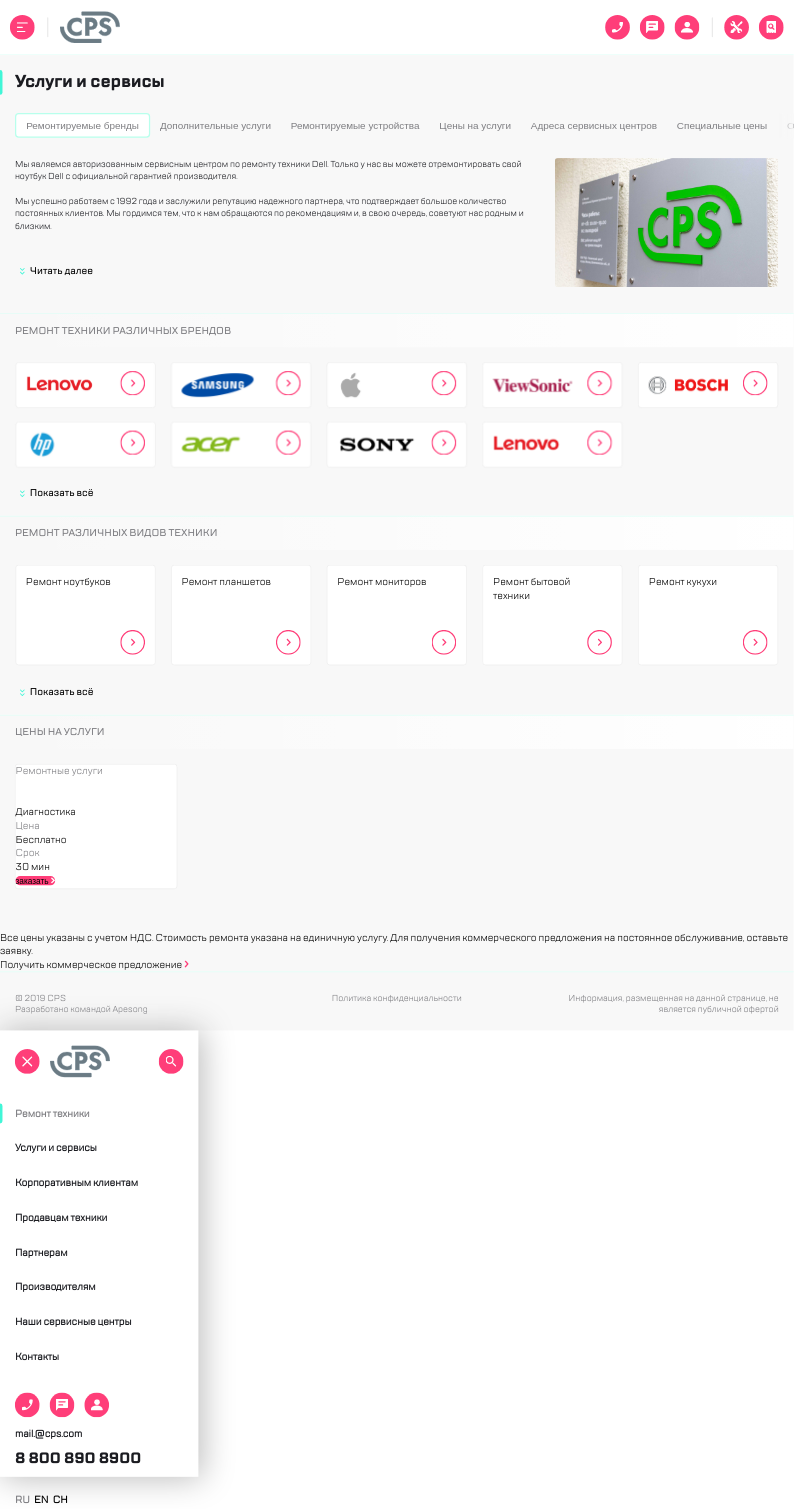
Repository: Dedoxa/WebCoreF
Page: /
These files come from the project's save history. The page is drawn as it stood at one moment and after the next save; the edit follows.
The browser window is 1280 px wide. The pictures show the whole page, at 62% of full size.
The project was rebuilt for these pictures with package versions that can differ from the ones it lists, and the page was loaded fresh each time. Also part of the build but not shown: webpack.config.js.

Above is the page before, as saved 2024-06-15 19:29:49.

After the next save:
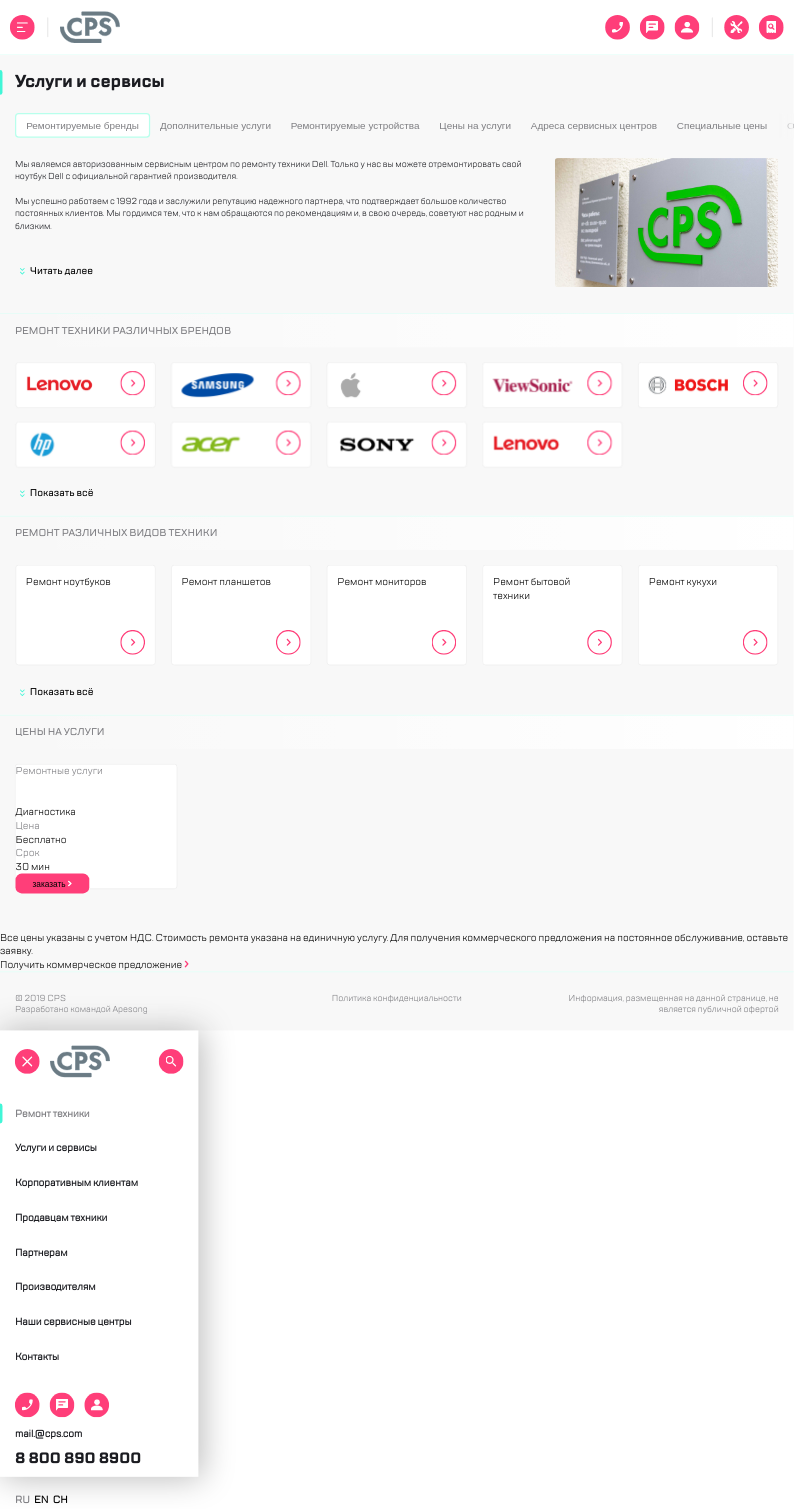
Saved 23 s later.
--- a/src/scss/plates.scss
+++ b/src/scss/plates.scss
@@ -203,6 +203,8 @@
   }
 
   .plates__purchase-button {
+    width: 119px;
+    height: 32px;
     background-color: #ff3e79;
     border: none;
     border-radius: 10px;
